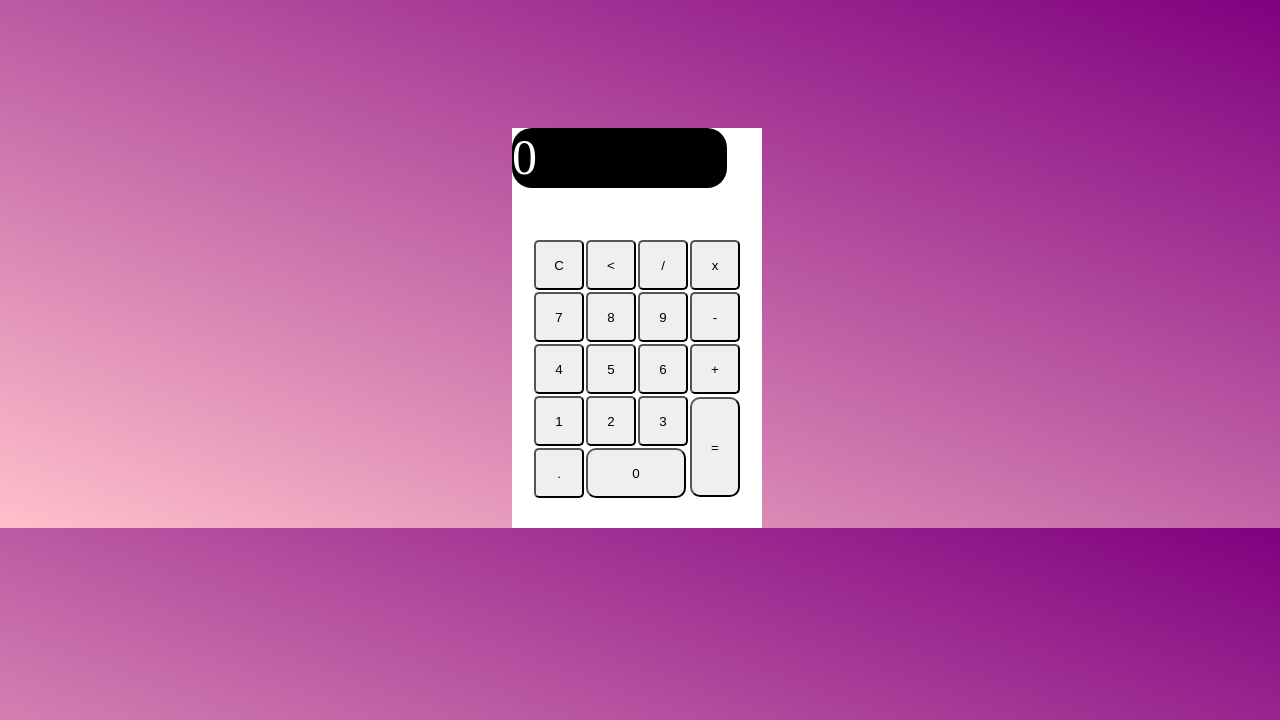
Repository: mariele-huff/calculadora
Page: index.html
An editor plug-in stored every save of this project. The page is shown before and after the next save, followed by the edit.
The browser window is 1280 px wide. The pictures show the whole page.

Above is the page before, as saved 2022-08-12 19:12:17.

After the next save:
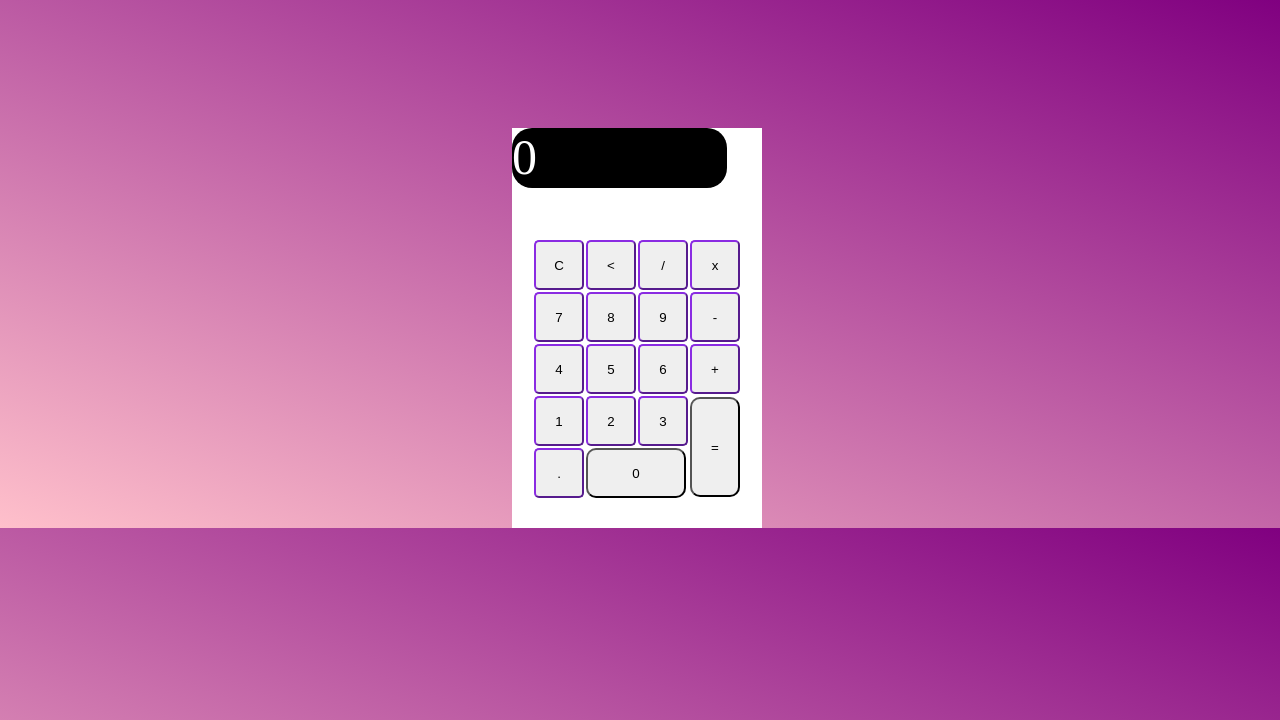
Saved 36 s later.
--- a/style.css
+++ b/style.css
@@ -22,6 +22,7 @@ body{
 
     height: 50px;
     width: 50px;
+    border-color: blueviolet;
     border-radius: 5px;
 
 }
